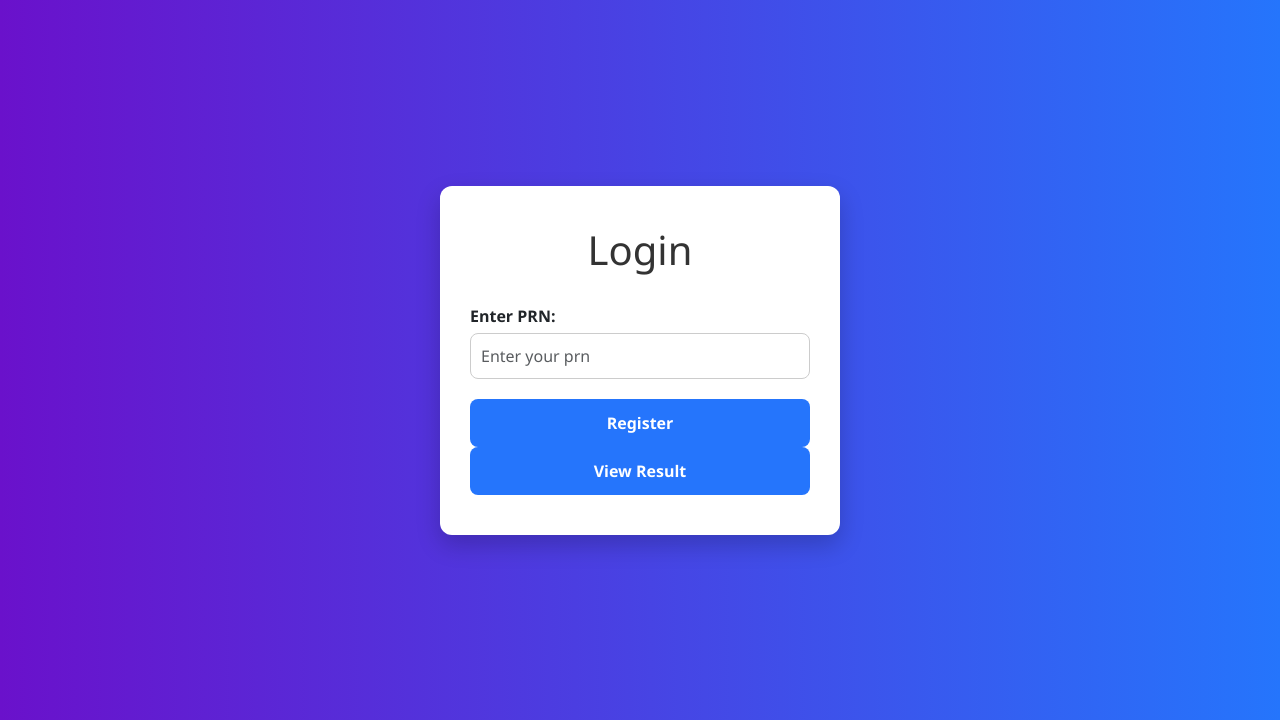
Repository: Mali-Sagar-A/Advance_Web_Java
Page: ResultApp/src/main/webapp/index.html
These files come from the project's save history. The page is drawn as it stood at one moment and after the next save; the edit follows.
The browser window is 1280 px wide. The pictures show the whole page.

Above is the page before, as saved 2025-05-17 10:05:57.

### ResultApp/src/main/webapp/index.html
<!DOCTYPE html>
<html lang="en">
<head>
  <meta charset="UTF-8">
  <title>Login</title>

  <!-- Bootstrap (Optional) -->
  <link href="https://cdn.jsdelivr.net/npm/bootstrap@5.3.3/dist/css/bootstrap.min.css" rel="stylesheet">

  <style>
    body {
      background: linear-gradient(to right, #6a11cb, #2575fc);
      font-family: 'Segoe UI', Tahoma, Geneva, Verdana, sans-serif;
      height: 100vh;
      margin: 0;
      display: flex;
      justify-content: center;
      align-items: center;
    }

    .login-container {
      background-color: #fff;
      padding: 40px 30px;
      border-radius: 12px;
      box-shadow: 0 10px 25px rgba(0, 0, 0, 0.2);
      width: 100%;
      max-width: 400px;
      text-align: center;
    }

    .login-container h1 {
      margin-bottom: 30px;
      color: #333;
    }

    .form-label {
      font-weight: 600;
      text-align: left;
      display: block;
      margin-bottom: 5px;
    }

    .form-control {
      border-radius: 8px;
      padding: 10px;
      margin-bottom: 20px;
      border: 1px solid #ccc;
      transition: all 0.3s ease;
    }

    .form-control:focus {
      border-color: #2575fc;
      box-shadow: 0 0 5px rgba(37, 117, 252, 0.5);
    }

    .btn-login {
      background-color: #2575fc;
      color: white;
      border: none;
      padding: 12px;
      border-radius: 8px;
      font-weight: bold;
      width: 100%;
      transition: background-color 0.3s ease;
    }

    .btn-login:hover {
      background-color: #1a5ed9;
    }

    .error-message {
      color: red;
      font-size: 0.9em;
      margin-bottom: 15px;
      display: none;
    }
  </style>

  <script>
    function validateForm() {
      const username = document.forms["regForm"]["textUname"].value;
      const password = document.forms["regForm"]["textPassword"].value;
      const errorMessage = document.getElementById("error");

      if (username === "" || password === "") {
        errorMessage.style.display = "block";
        errorMessage.textContent = "Please fill in both username and password.";
        return false;
      }

      errorMessage.style.display = "none";
      return true;
    }
  </script>
</head>

<body>

  <div class="login-container">
    <h1>Login</h1>
    <div id="error" class="error-message"></div>
    <form action="resultServlet" method="post" name="studForm" onsubmit="return validateForm()">
      <label for="textPrn" class="form-label">Enter PRN:</label>
      <input type="text" name="textPrn" id="textPrn" class="form-control" placeholder="Enter your prn">

      <button type="button" class="btn btn-login">Register</button><br>
      <button type="submit" class="btn btn-login">View Result</button>
    </form>
  </div>

</body>
</html>

After the next save:
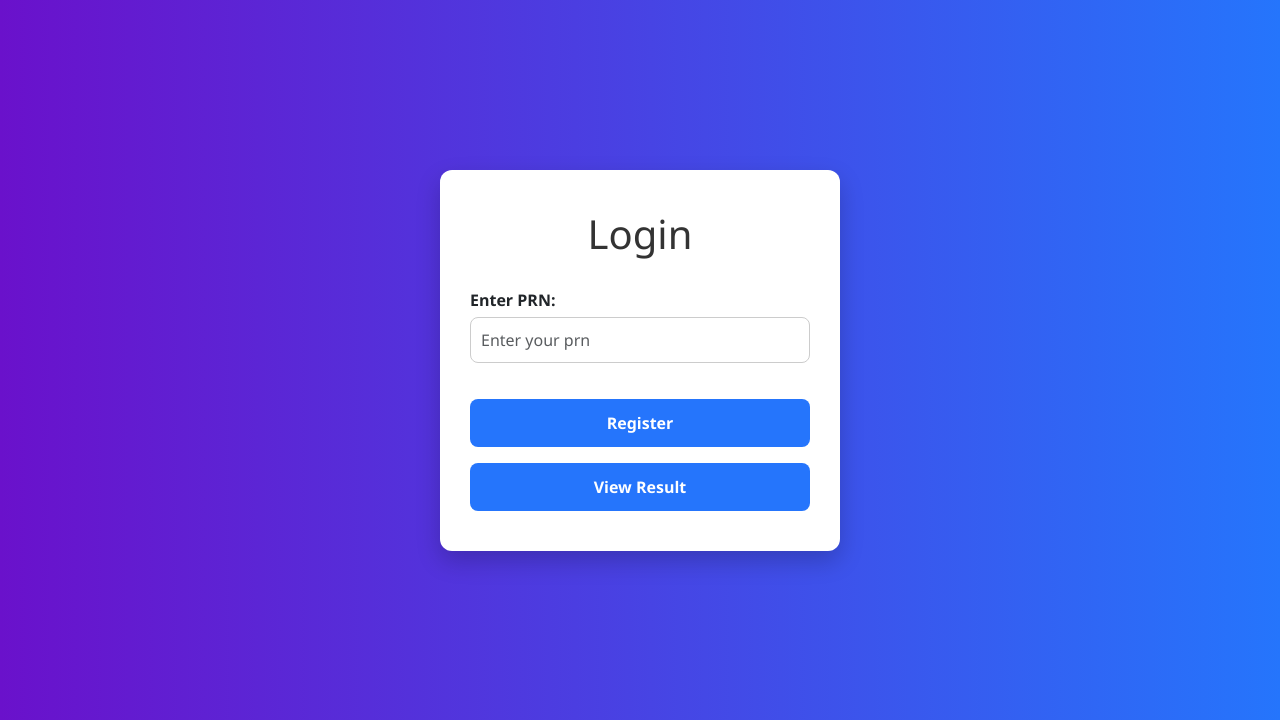
Saved 101 s later.
--- a/ResultApp/src/main/webapp/index.html
+++ b/ResultApp/src/main/webapp/index.html
@@ -103,8 +103,8 @@
       <label for="textPrn" class="form-label">Enter PRN:</label>
       <input type="text" name="textPrn" id="textPrn" class="form-control" placeholder="Enter your prn">
 
-      <button type="button" class="btn btn-login">Register</button><br>
-      <button type="submit" class="btn btn-login">View Result</button>
+      <button type="button" class="btn btn-login mt-3">Register</button><br>
+      <button type="submit" class="btn btn-login mt-3">View Result</button>
     </form>
   </div>
 
